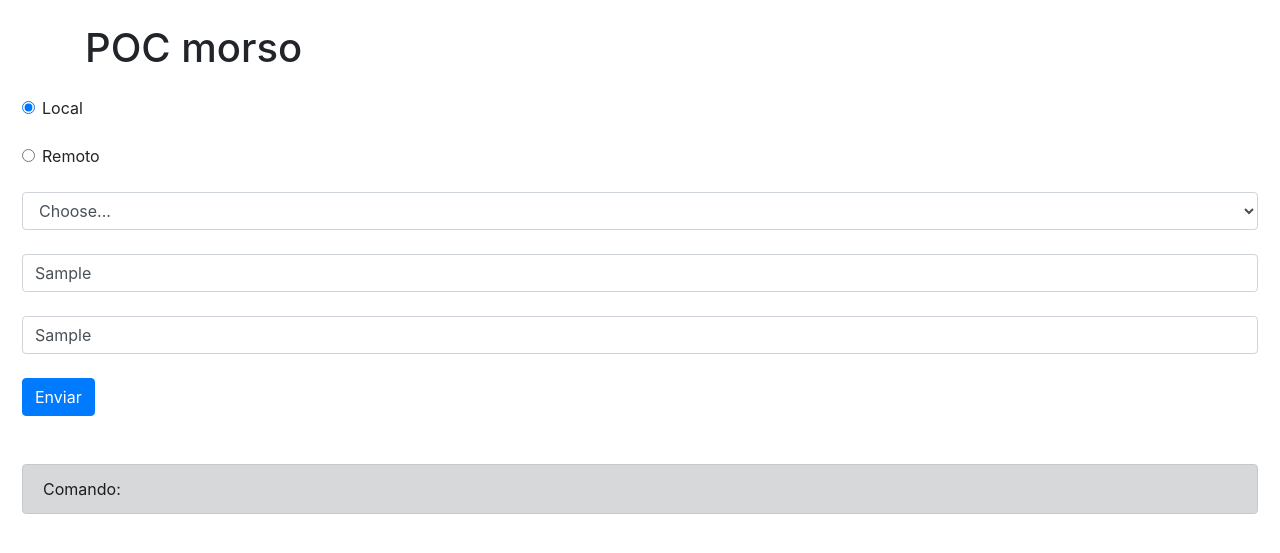
Repository: marisaoliva/poc-execute-cmd
Page: index.html
The author's editor kept a copy of each file at every save. The page is drawn from the files as they stood at one save, then again after the next save.
The browser window is 1280 px wide. The pictures show the whole page.
Empty fields were first filled with sample values (such as "Sample", 5 or name@example.com).
After loading, the first visible `button.btn` was clicked once.

Above is the page before, as saved 2019-03-01 15:11:43.
Console error: TypeError: $(...).value is not a function

### index.html
<html>
    <head>
        <link rel="stylesheet" href="https://stackpath.bootstrapcdn.com/bootstrap/4.3.1/css/bootstrap.min.css" integrity="sha384-ggOyR0iXCbMQv3Xipma34MD+dH/1fQ784/j6cY/iJTQUOhcWr7x9JvoRxT2MZw1T" crossorigin="anonymous">
        <style>
            .alert{
                width: 100%;
            }
        </style>
    </head>
    <body>
        <div class='container mt-4'>
            <h1>POC morso</h1>
              <form">
                <div class="mx-md-n5 mt-4">
                    <div class="form-check row mt-4">
                        <input class="form-check-input" type="radio" name="exampleRadios" id="exampleRadios1" value="local" checked>
                        <label class="form-check-label" for="exampleRadios1">
                                Local
                        </label>
                    </div>
                    <div class="form-check row mt-4">
                        <input class="form-check-input" type="radio" name="exampleRadios" id="exampleRadios2" value="remoto">
                        <label class="form-check-label" for="exampleRadios2">
                                Remoto
                        </label>
                    </div>
                    <div class='row mt-4'>
                        <select id="inputState" class="form-control">
                            <option selected>Choose...</option>
                            <option>Hola</option>
                            <option>Adios</option>
                        </select>
                    </div>
                    <div class="row mt-4">
                        <input type="text" class="form-control" name='input1' placeholder="Input 1">
                    </div>
                    <div class="row mt-4">
                        <input type="text" class="form-control" name='input2' placeholder="Input 2">
                    </div>
                    <div class='row mt-4'>
                       <button type="button" class="btn btn-primary" onclick="onClickButton()">Enviar</button>
                    </div>
                    <div class='row mt-5'>
                        <div class="alert alert-dark" role="alert">
                            Comando: <span id='command'></span>
                        </div>
                    </div>
                </div>
              </form>
        </div>
        <script>
            function onClickButton(){
                debugger;
                var radio = $("input[type='radio']:checked").val()
                var select = $("input[type='radio']").value();
            }

        </script>
        <script
            src="https://code.jquery.com/jquery-3.3.1.min.js"
            integrity="sha256-FgpCb/KJQlLNfOu91ta32o/NMZxltwRo8QtmkMRdAu8="
            crossorigin="anonymous"></script>
    </body>
</html>

After the next save:
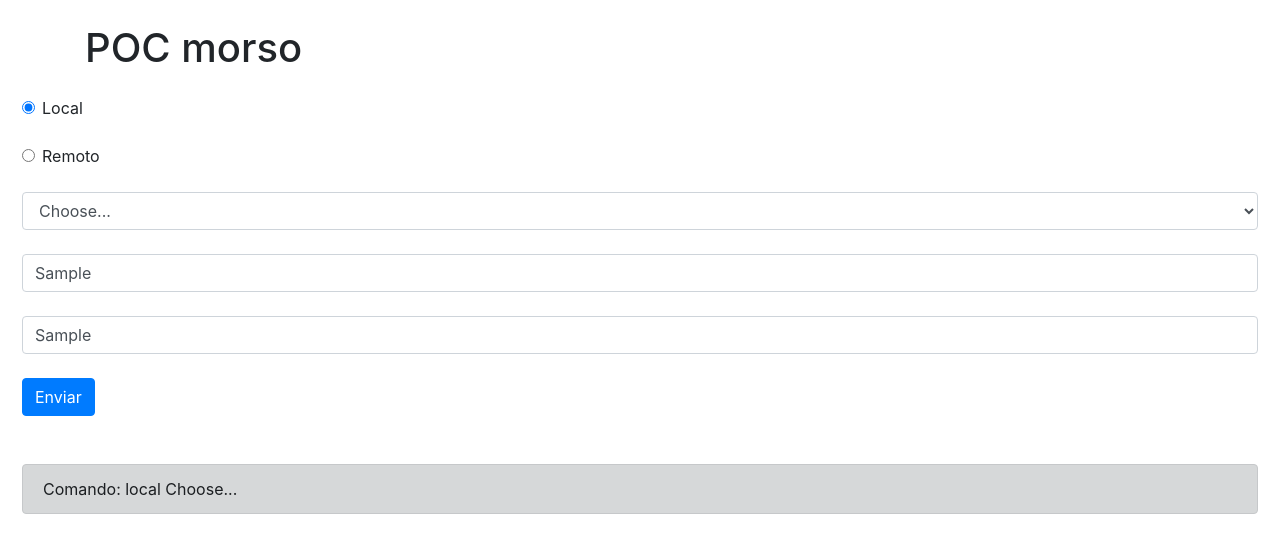
The error is gone.
Saved 2 min 56 s later.
--- a/index.html
+++ b/index.html
@@ -50,9 +50,11 @@
         </div>
         <script>
             function onClickButton(){
-                debugger;
                 var radio = $("input[type='radio']:checked").val()
-                var select = $("input[type='radio']").value();
+                var select = $("#inputState").val();
+                var input1 = $("input[name='input1]").text();
+                var input2 = $("input[name='input2]").text();
+                $("#command").append(radio+" "+select+" "+input1+" "+input2);
             }
 
         </script>
